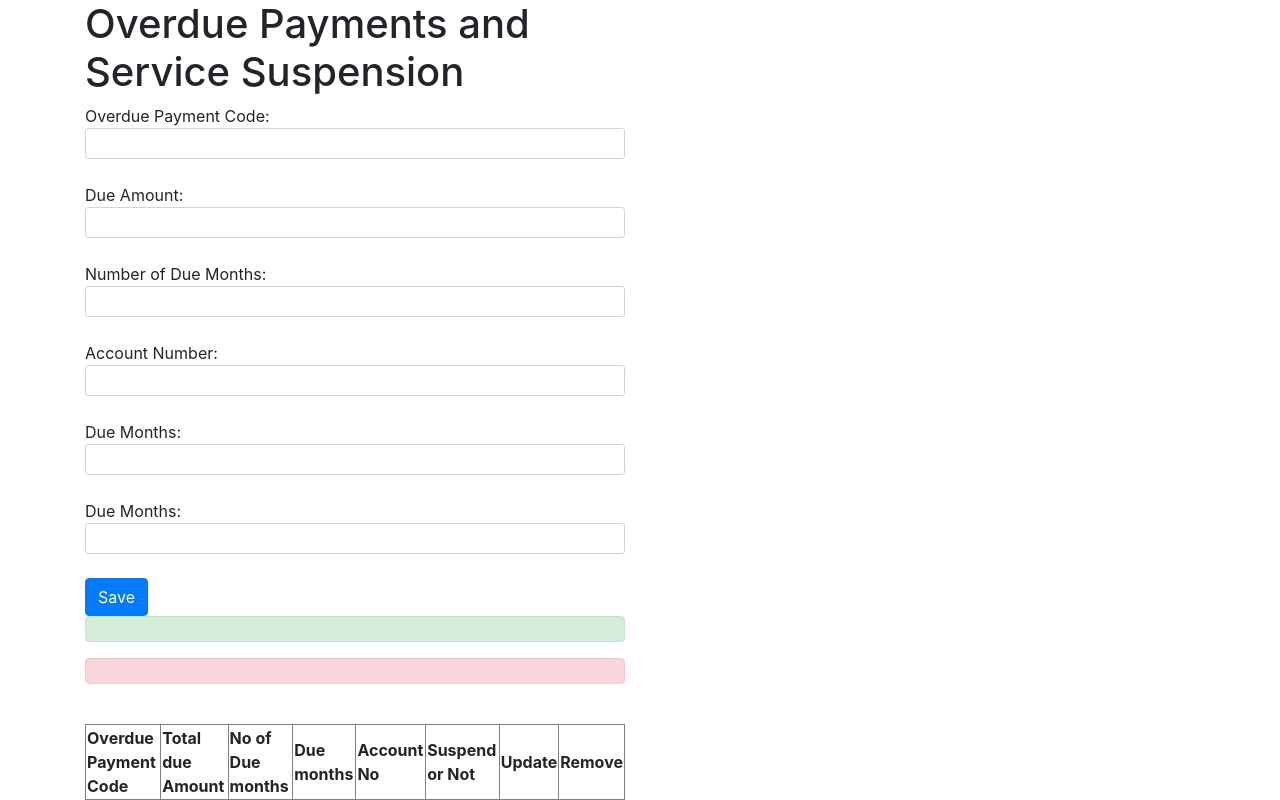
Repository: SameeriSubasinghe/ElectroGrid_G160_ODPaymentsService
Page: http://localhost/ElectroGrid_G160_ODPaymentService/ODPayment.jsp
These files come from the project's save history. The page is drawn as it stood at one moment and after the next save; the edit follows.
The browser window is 1280 px wide. The pictures show the whole page.
The page is served by Tomcat 9. Queries for data that is not in the repository find no rows.

Above is the page before, as saved 2022-05-10 11:12:17.

After the next save:
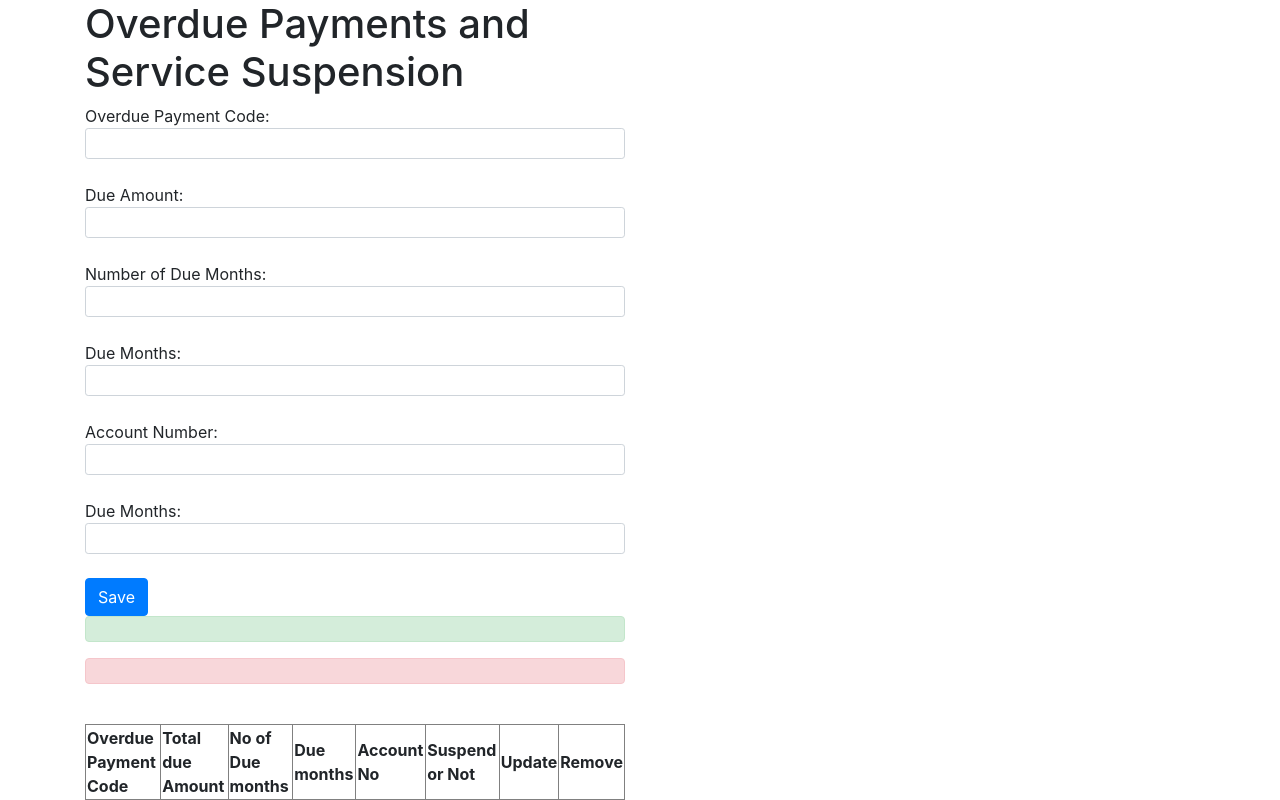
Saved 31 s later.
--- a/ElectroGrid_G160_ODPaymentService/src/main/webapp/ODPayment.jsp
+++ b/ElectroGrid_G160_ODPaymentService/src/main/webapp/ODPayment.jsp
@@ -25,11 +25,11 @@ pageEncoding="ISO-8859-1"%>
               Number of Due Months:
               <input id="dnomonth" name="dnomonth" type="number" class="form-control form-control-sm">
               <br>
-              Account Number:
+              Due Months:
               <input id="dmonth" name="dmonth" type="text" class="form-control form-control-sm">
               <br>
-              Due Months:
-              <input id="dmonth" name="dmonth" type="text" class="form-control form-control-sm">
+              Account Number:
+              <input id="accno" name="accno" type="text" class="form-control form-control-sm">
               <br>
                Due Months:
               <input id="dmonth" name="dmonth" type="text" class="form-control form-control-sm">
